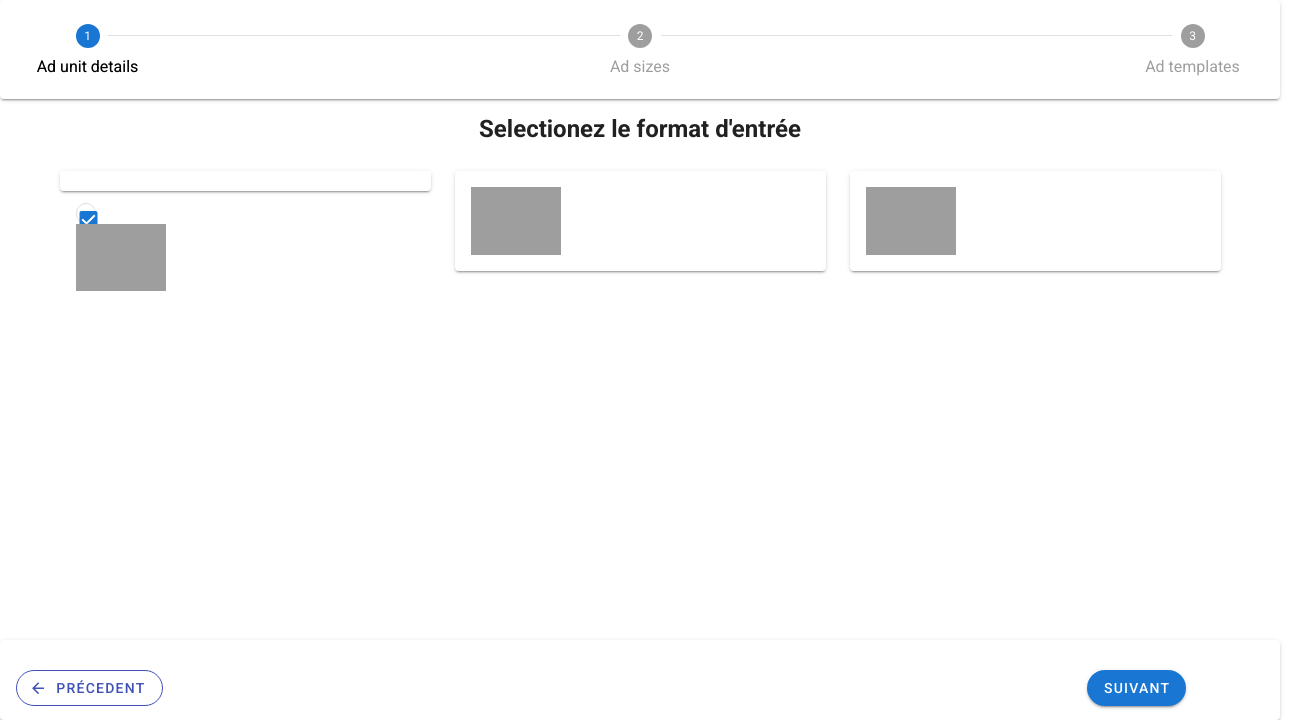
Repository: SidneyHodieb/myc
Page: /addsource/format
An editor plug-in stored every save of this project. The page is shown before and after the next save, followed by the edit.
The browser window is 1280 px wide. The page is 1292 px wide, so the pictures cover 1292 px, including what lies to the right of the window. The pictures show the whole page.
Pictures or frames that could not be fetched are drawn as grey boxes. The project was rebuilt for these pictures with package versions that can differ from the ones it lists, and the page was loaded fresh each time. Also part of the build but not shown: vue.config.js, src/views/Home.vue, src/views/addSource/components/card.vue, src/views/addSource/components/trigger.vue.

Above is the page before, as saved 2021-04-03 20:29:54.

After the next save:
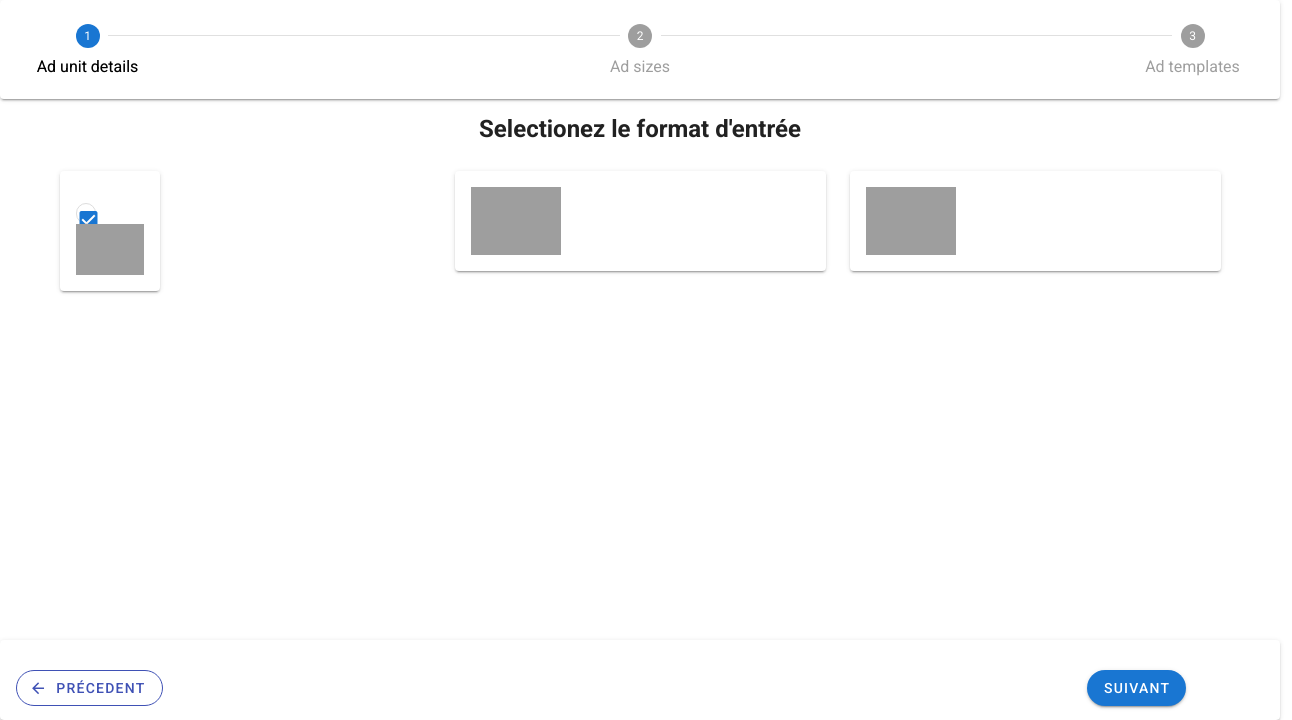
Saved 14 s later.
--- a/src/views/addSource/components/format.vue
+++ b/src/views/addSource/components/format.vue
@@ -5,7 +5,7 @@
         <h2>Selectionez le format d'entrée</h2>
       </v-col>
       <v-col>
-        <v-card height="20px">
+        <v-card width="100">
           <v-card-text>
             <div> <v-checkbox class="checkbox-round"
       v-model="checkbox"
